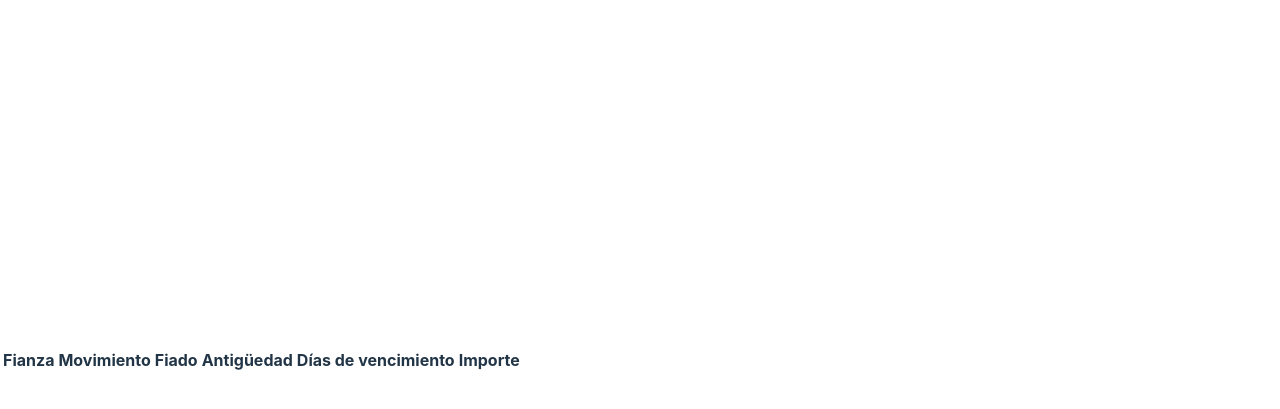
Repository: PCGP22/prueba-t-cnica-liberty-finanzas
Page: / (app in Prueba técnica full-stack/client/)
An editor plug-in stored every save of this project. The page is shown before and after the next save, followed by the edit.
The browser window is 1280 px wide. The pictures show the whole page.
The page's requests for data from a server got no answer. The project was rebuilt for these pictures with package versions that can differ from the ones it lists, and the page was loaded fresh each time. No one was signed in, and anything a server would have sent is missing. Also part of the build but not shown: Prueba técnica full-stack/client/vite.config.js.

Above is the page before, as saved 2023-11-14 00:31:07.

After the next save:
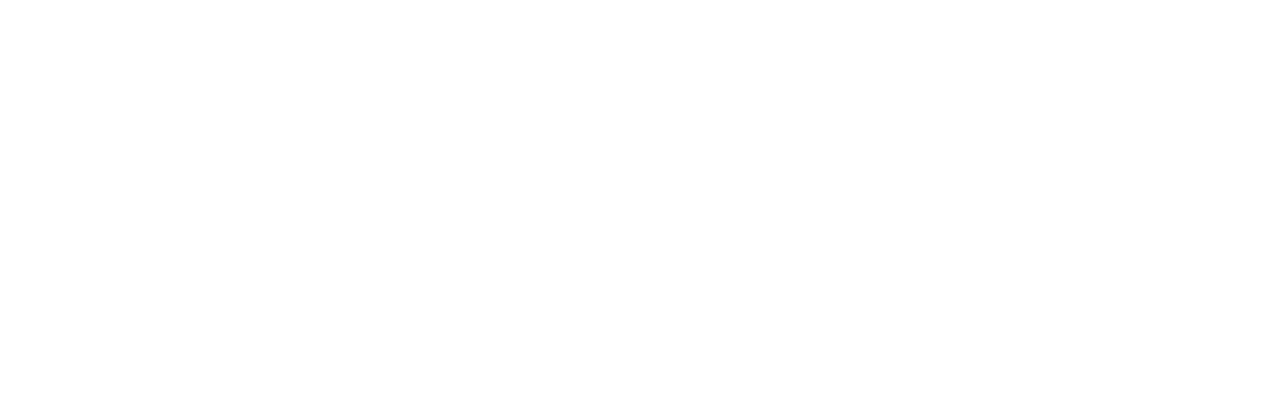
Console error (its wording comes from the project's code and is left out).
Saved 18 s later.
--- a/Prueba técnica full-stack/client/src/App.jsx
+++ b/Prueba técnica full-stack/client/src/App.jsx
@@ -6,9 +6,8 @@
 function App() {
   let url = "http://localhost:5000/primas";
   const [fetchedData] = useFetch(url);
-  const [setData, resetData, filteredData, filterData] = useData(
-    fetchedData.primas
-  );
+  const [setData, resetData, filteredData, filterData] = useData();
+  setData(fetchedData);
 
   return (
     <dataContext.Provider

After the 4 saves that followed:
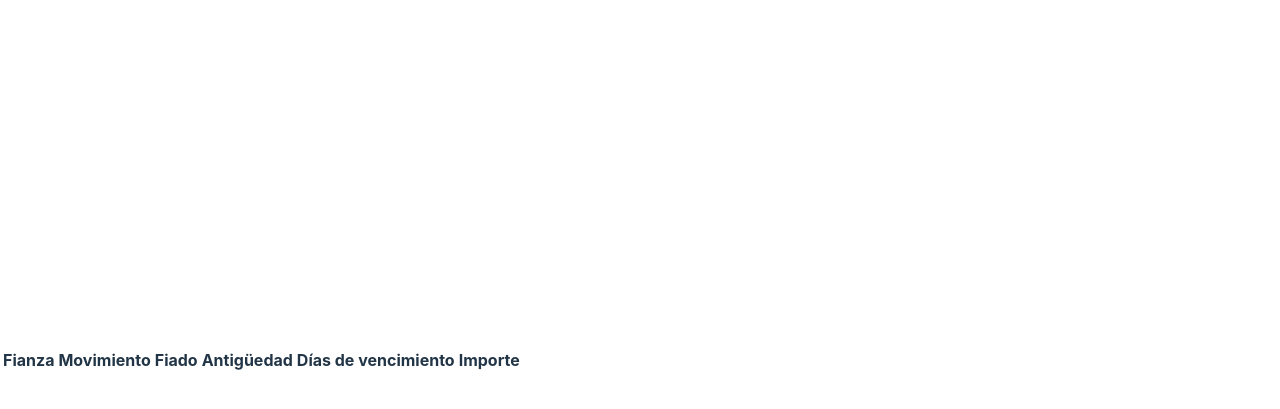
The error is gone.
The 4 saves are shown as one change because 3 left the picture as it was.
The last was saved 2 min 13 s later.
--- a/Prueba técnica full-stack/client/src/App.jsx
+++ b/Prueba técnica full-stack/client/src/App.jsx
@@ -6,8 +6,9 @@
 function App() {
   let url = "http://localhost:5000/primas";
   const [fetchedData] = useFetch(url);
-  const [setData, resetData, filteredData, filterData] = useData();
-  setData(fetchedData);
+  const [setData, resetData, filteredData, filterData] = useData(
+    fetchedData.primas
+  );
 
   return (
     <dataContext.Provider
--- a/Prueba técnica full-stack/client/src/hooks/useData.jsx
+++ b/Prueba técnica full-stack/client/src/hooks/useData.jsx
@@ -1,19 +1,14 @@
 import { useState } from "react";
 
-const useData = () => {
-  const [initialData, setInitialData] = useState(null);
-  const [filteredData, setFilteredData] = useState(null);
+const useData = (newData) => {
+  const [data, setData] = useState(newData);
+  const [filteredData, setFilteredData] = useState(newData);
 
-  function setData(data) {
-    setInitialData(data);
+  function resetData() {
     setFilteredData(data);
   }
-
-  function resetData() {
-    setFilteredData(initialData);
-  }
   function filterData(filterCondition) {
-    setFilteredData(initialData.filter(filterCondition));
+    setFilteredData(data.filter(filterCondition));
   }
 
   return [setData, resetData, filteredData, filterData];
